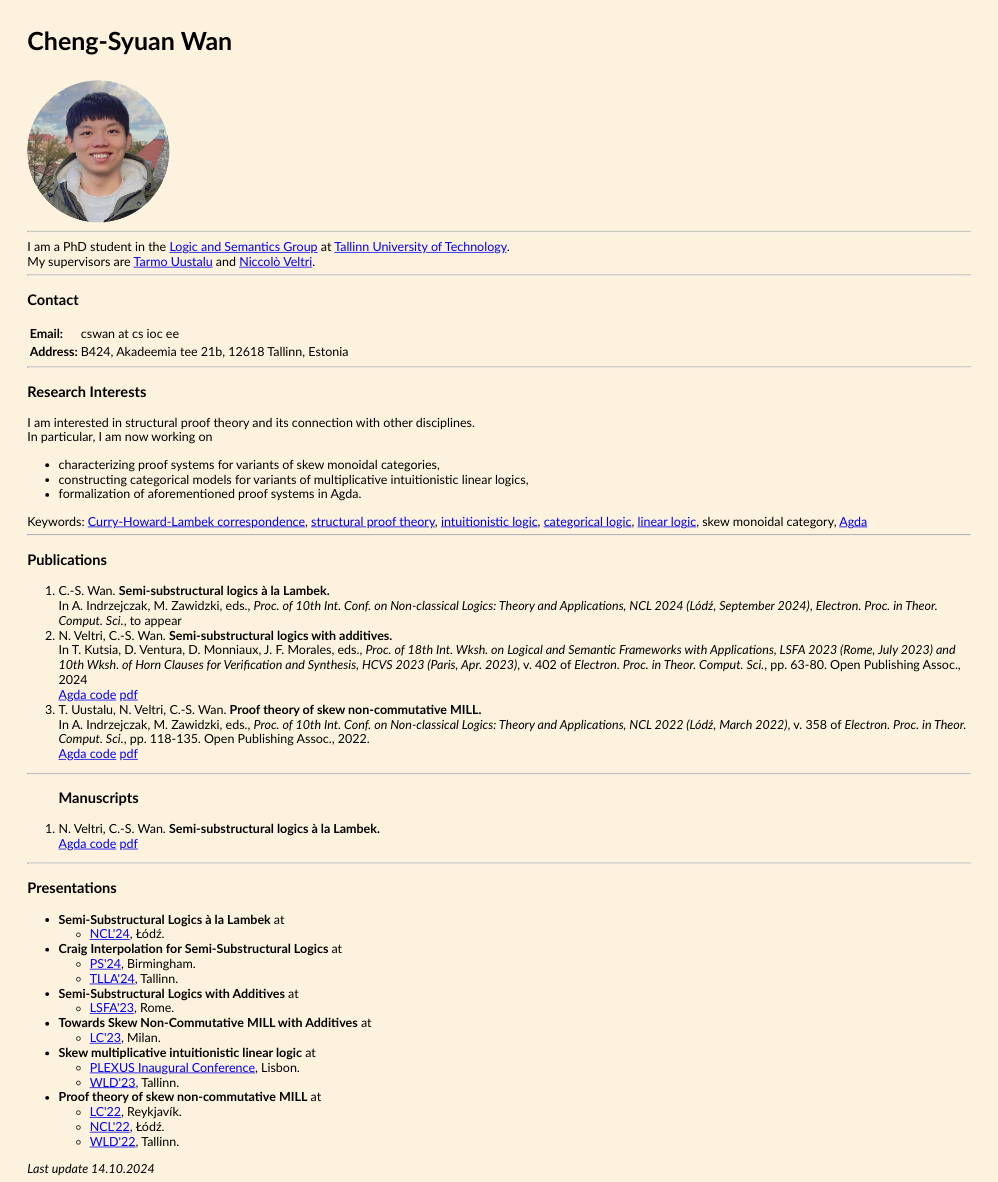
Repository: cswphilo/cswphilo.github.io
Page: index.html
These files come from the project's save history. The page is drawn as it stood at one moment and after the next save; the edit follows.
The browser window is 1280 px wide. The pictures show the whole page, at 78% of full size.

Above is the page before, as saved 2024-10-14 08:59:01.

After the next save:
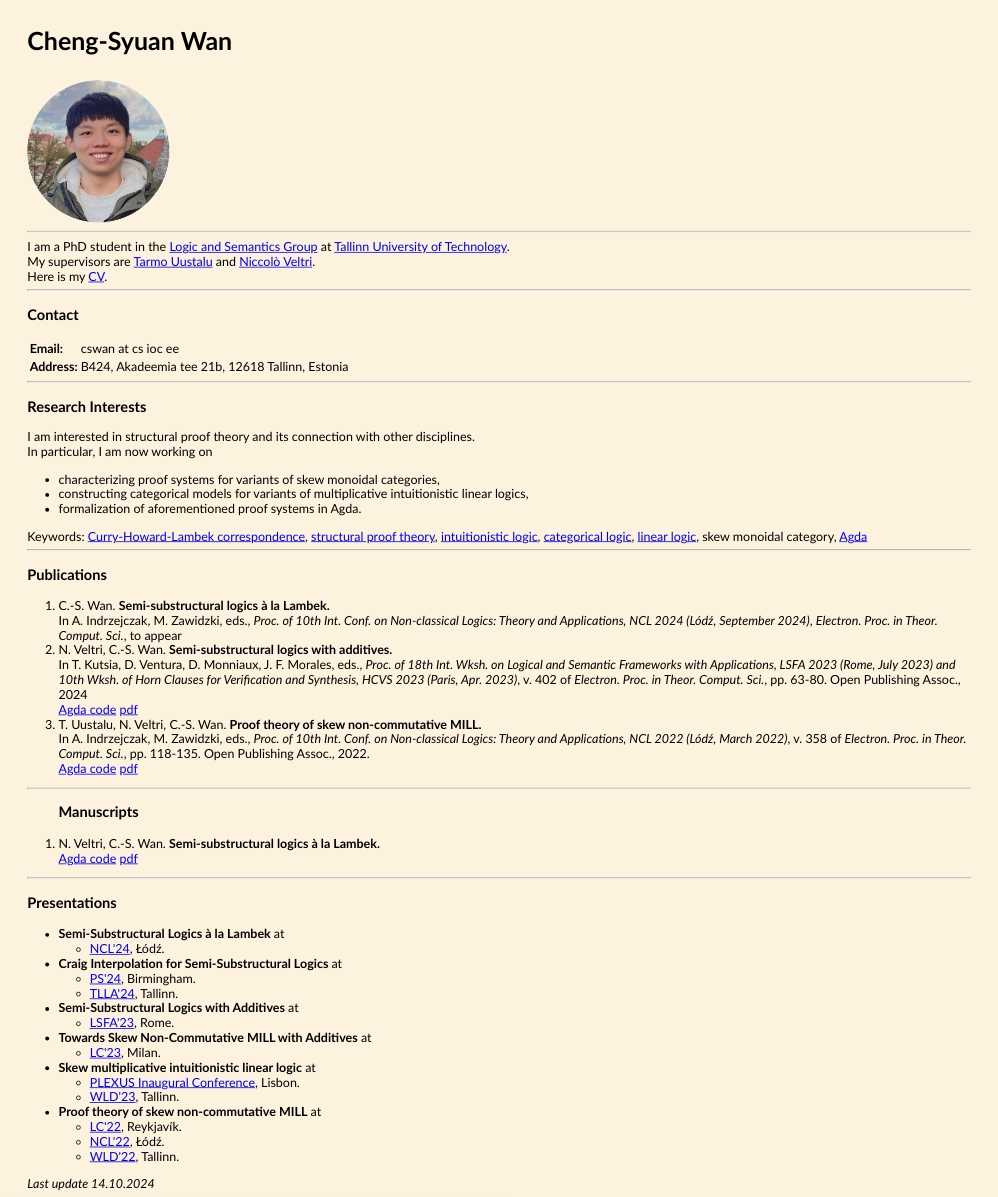
Saved 88 s later.
--- a/index.html
+++ b/index.html
@@ -27,6 +27,8 @@
         I am a PhD student in the <a href="https://cs.ioc.ee/lsg/">Logic and Semantics Group</a> at <a href="https://taltech.ee/en/">Tallinn University of Technology</a>.
         <br/>
         My supervisors are <a href="https://cs.ioc.ee/~tarmo/">Tarmo Uustalu</a> and <a href="https://niccoloveltri.github.io/">Niccolò Veltri</a>.
+        <br/>
+        Here is my <a href="https://cswphilo.github.io/CV.pdf">CV</a>.
     </div>
     <hr/>
     <div>
